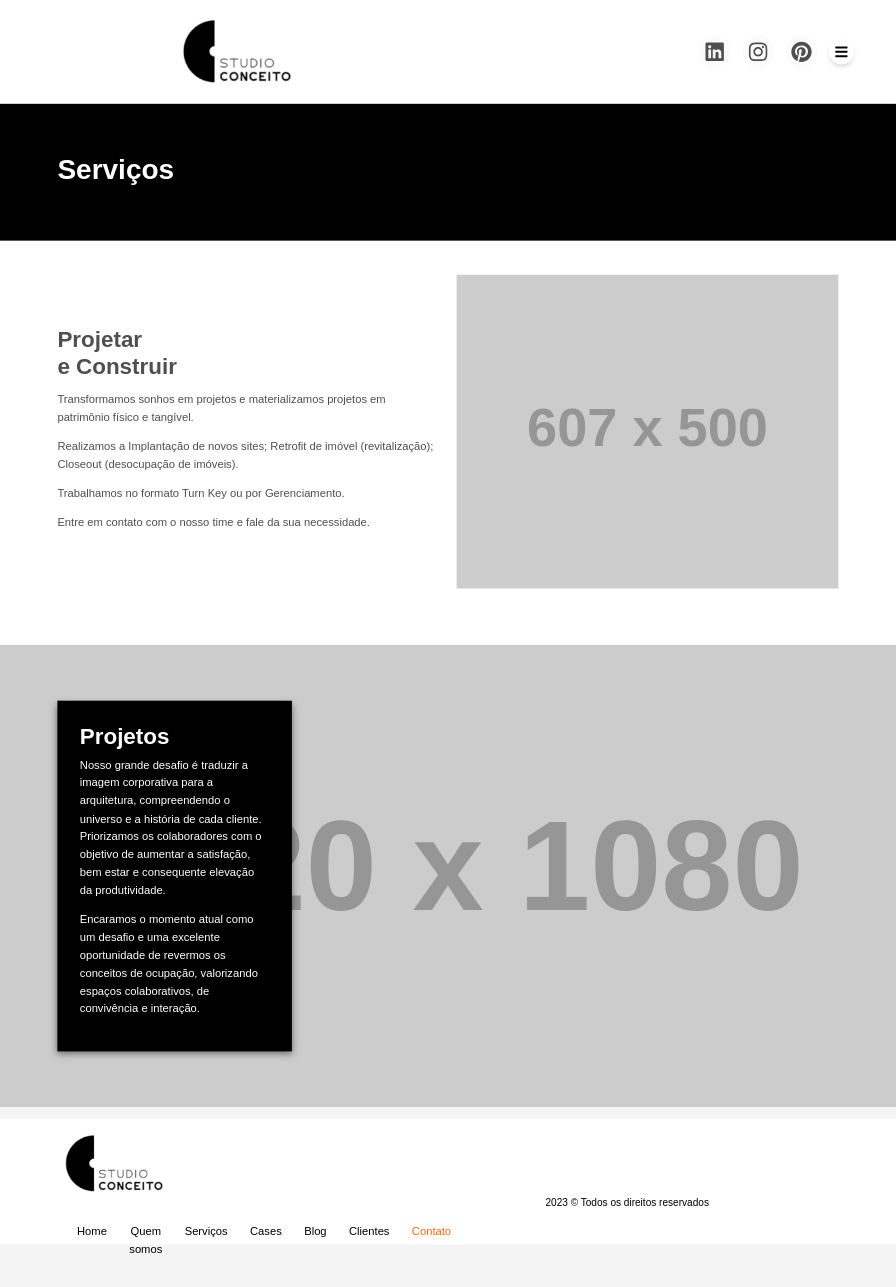
Repository: Upstairs-Agencia/studio-conceito-react
Page: /servicos
These files come from the project's save history. The page is drawn as it stood at one moment and after the next save; the edit follows.
The browser window is 1280 px wide. The pictures show the whole page, at 70% of full size.
The project was rebuilt for these pictures with package versions that can differ from the ones it lists, and the page was loaded fresh each time. Also part of the build but not shown: src/pages/Home.js, src/pages/QuemSomos.js, src/pages/Cases.js, src/pages/Blog.js, src/pages/Clientes.js, src/pages/Contato.js.

Above is the page before, as saved 2024-12-28 03:22:02.

After the next save:
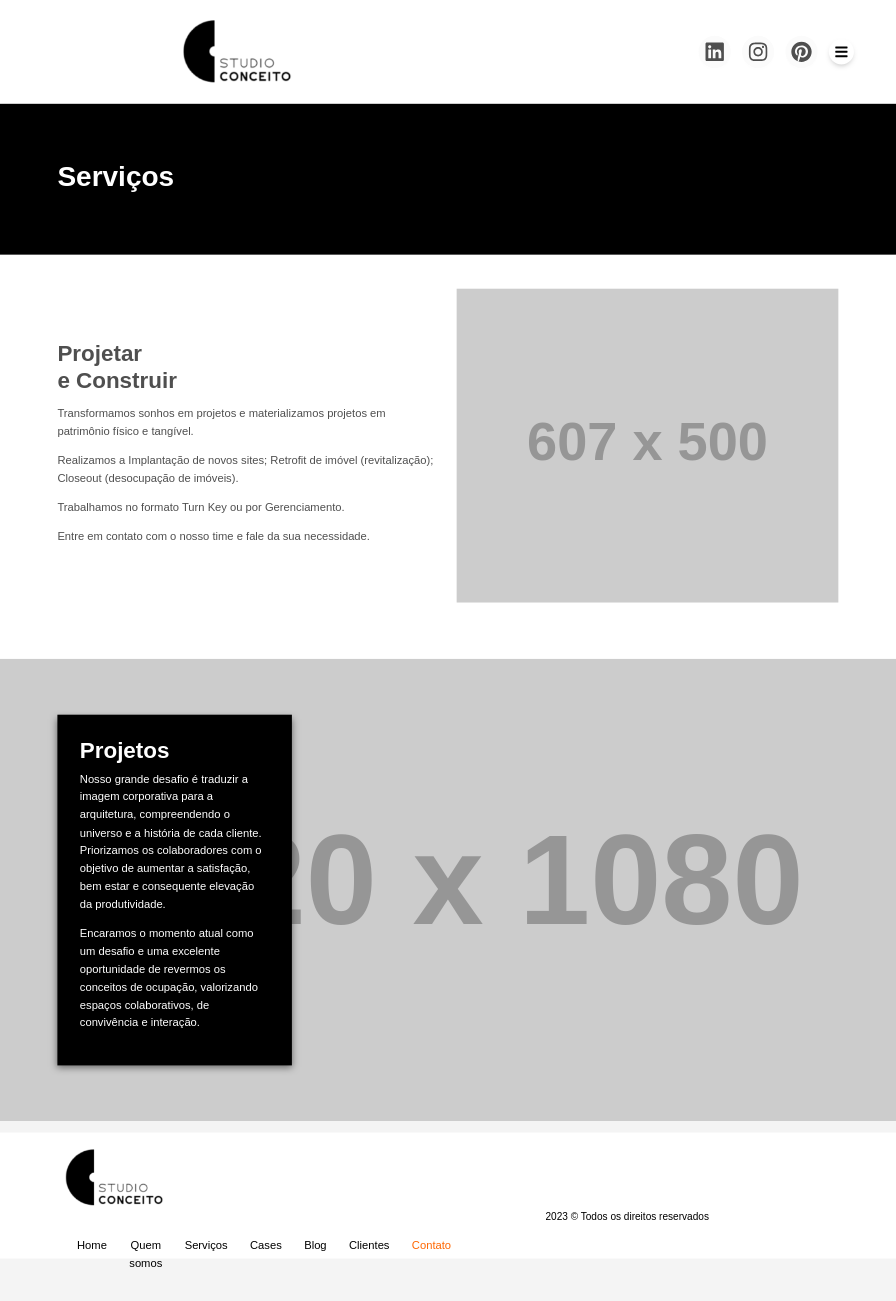
Saved 12 s later.
--- a/src/pages/Servicos.js
+++ b/src/pages/Servicos.js
@@ -16,7 +16,7 @@ const Servicos = () => {
             <MDBContainer>
             <MDBRow
             className="align-items-center"
-            style={{ height: '100px'}}>
+            style={{ height: '120px'}}>
                 <MDBCol md="6">
                 <h1 className="fw-bold">Serviços</h1>
                 </MDBCol>
